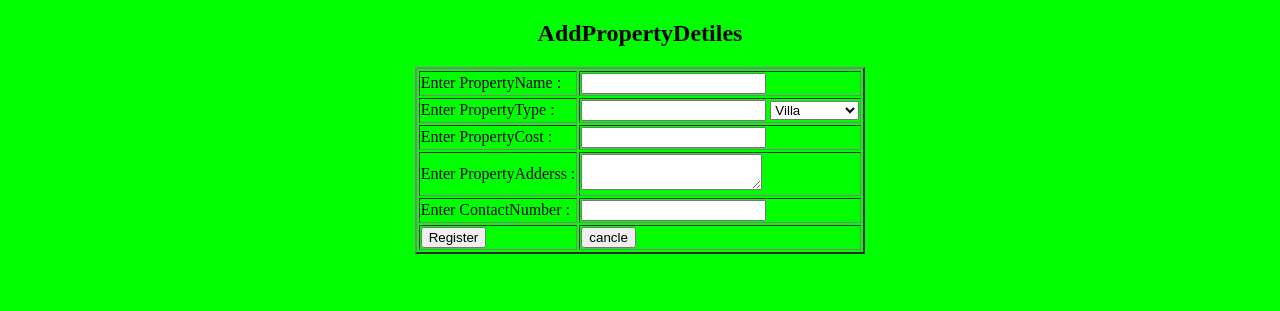
Repository: khadri2021/A2023_Task_Property_Management
Page: http://localhost/AdderssMakersWeb/Add.jsp
These files come from the project's save history. The page is drawn as it stood at one moment and after the next save; the edit follows.
The browser window is 1280 px wide. The pictures show the whole page.
The page is served by Tomcat 9. Other server files are loaded and not shown.

Above is the page before, as saved 2024-02-11 11:52:16.

### AdderssMakersWeb/WebContent/Add.jsp
<%@ page language="java" contentType="text/html; charset=ISO-8859-1"
    pageEncoding="ISO-8859-1"%>
<!DOCTYPE html>
<html>
<head>
<meta charset="ISO-8859-1">
<title>ADD PropertyDetiles</title>
</head>
<body bgcolor ="#00FF00">
<dev align=center>
 <h2>AddPropertyDetiles</h2>
 </dev>
 <center>
<table border="2">
<tr>
<td>Enter PropertyName :</td>
<td><input type="text" name="ProName"></td>

</tr>
<tr>
<td>Enter PropertyType :</td>
<td><input type="text" name="ProType">

<select name="Types">
<option value="Villa">Villa</option>
<option value="Gesthouse">GestHouse</option>
<option value="Villa">Villa</option>
<option value="Villa">Villa</option>
<option value="House">House</option>
</select>
</td>
</tr>
<tr>
<td>Enter PropertyCost :</td>
<td><input type="number" name="ProCost"></td>
</tr>
<tr>
<td>Enter PropertyAdderss :</td>
<td><textarea rows="2" cols="20"></textarea></td>
</tr>
<tr>
<td>Enter ContactNumber :</td>
<td><input type="number" name="con"></td>
</tr>
<tr><td> <input type="button" value="Register"></td><td> <input type="button" value="cancle"></td></tr>


</table>
</center>
</body>
</html>

After the next save:
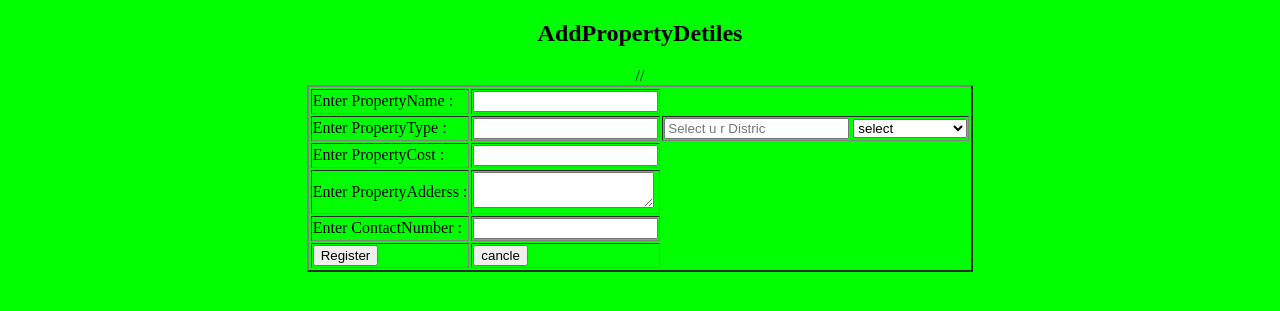
Saved 96 s later.
--- a/AdderssMakersWeb/WebContent/Add.jsp
+++ b/AdderssMakersWeb/WebContent/Add.jsp
@@ -19,15 +19,16 @@
 </tr>
 <tr>
 <td>Enter PropertyType :</td>
-<td><input type="text" name="ProType">
+//<td><input type="text" name="ProType">
 
-<select name="Types">
-<option value="Villa">Villa</option>
-<option value="Gesthouse">GestHouse</option>
-<option value="Villa">Villa</option>
-<option value="Villa">Villa</option>
-<option value="House">House</option>
-</select>
+ <td><input type="text" id="name" name="Distric"
+			 placeholder="Select u r Distric">
+			 <select name="simple">
+			 <option value=" ">select</option>
+			 <option value="ANANTHAPUR">ANANTHAPUR</OPTION>
+			  <option value="KADAPA">KADAPA</option>
+			  <option value="KARNOOL">KARNOOL</option>
+			  </select>
 </td>
 </tr>
 <tr>
